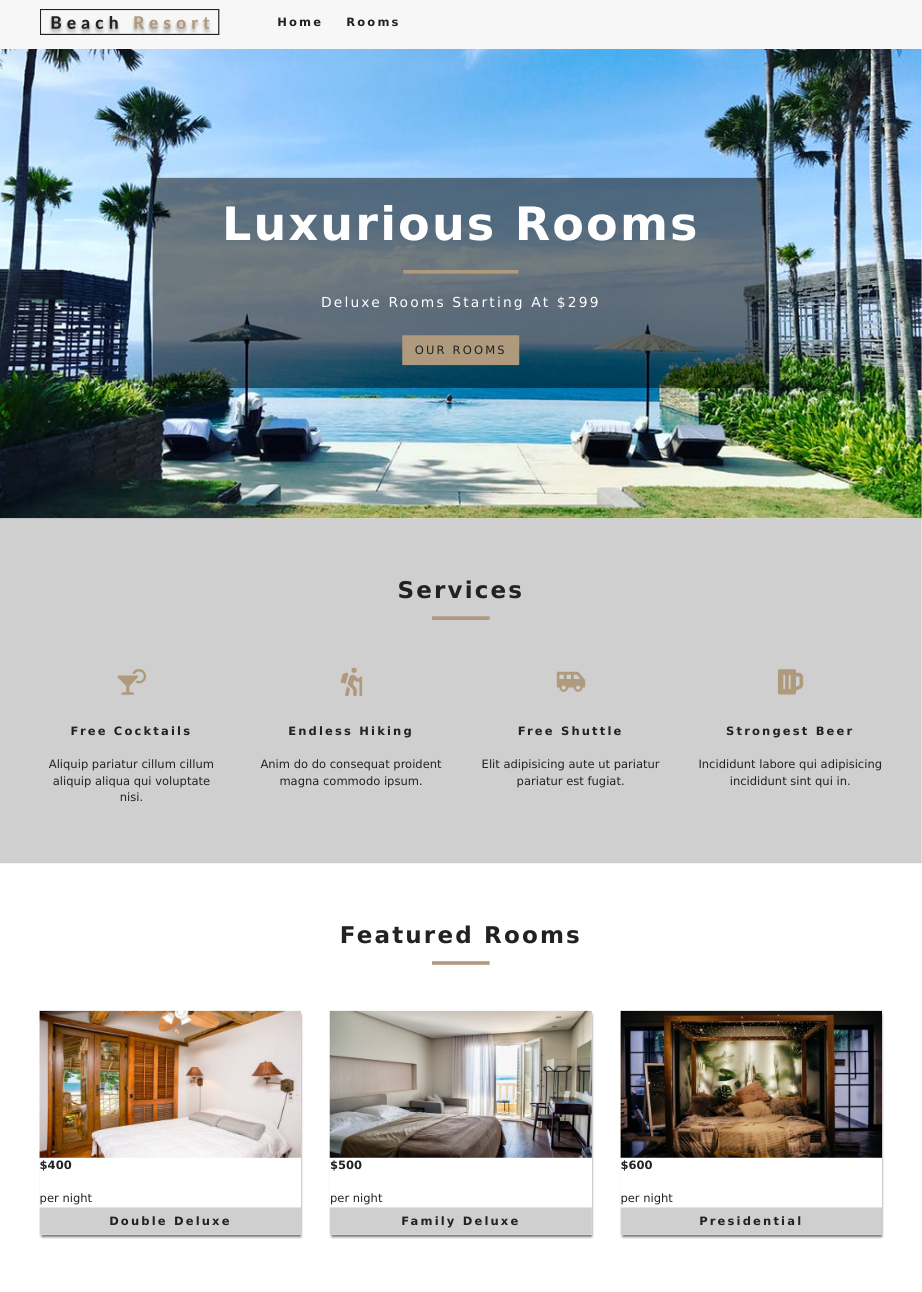
Repository: thanhn379/react-beach-resort
Page: /
An editor plug-in stored every save of this project. The page is shown before and after the next save, followed by the edit.
The browser window is 1280 px wide. The pictures show the whole page, at 72% of full size.
The project was rebuilt for these pictures with package versions that can differ from the ones it lists, and the page was loaded fresh each time. Also part of the build but not shown: src/pages/Rooms.js, src/pages/SingleRoom.js, src/pages/Error.js.

Above is the page before, as saved 2019-11-15 03:28:03.

After the next save:
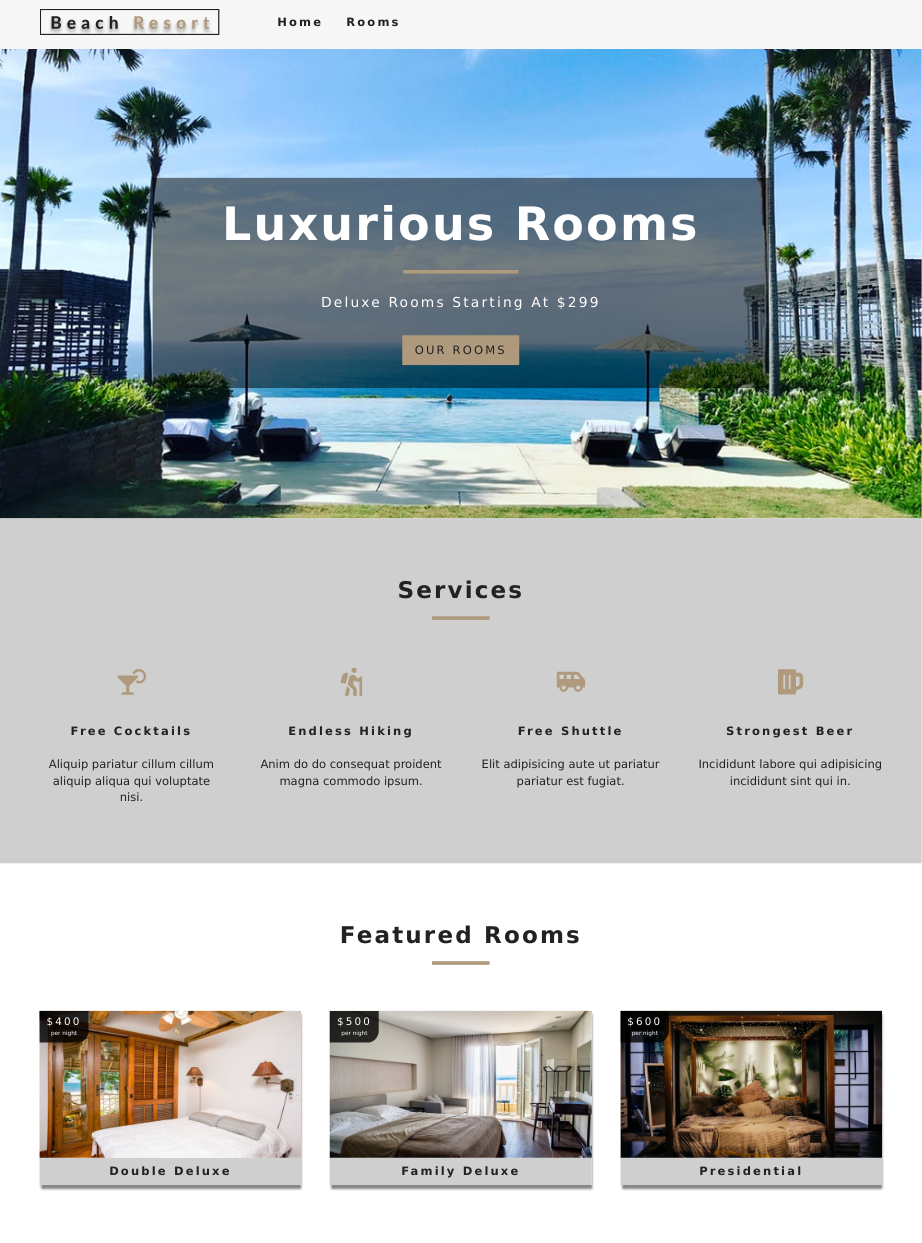
Saved 58 s later.
--- a/src/components/Room.js
+++ b/src/components/Room.js
@@ -8,7 +8,7 @@ export default function Room({ room }) {
     <article className="room">
       <div className="img-container">
         <img src={images[0] || defaultImg} alt="single room" />
-        <div className="room-price">
+        <div className="price-top">
           <h6>${price}</h6>
           <p>per night</p>
         </div>
